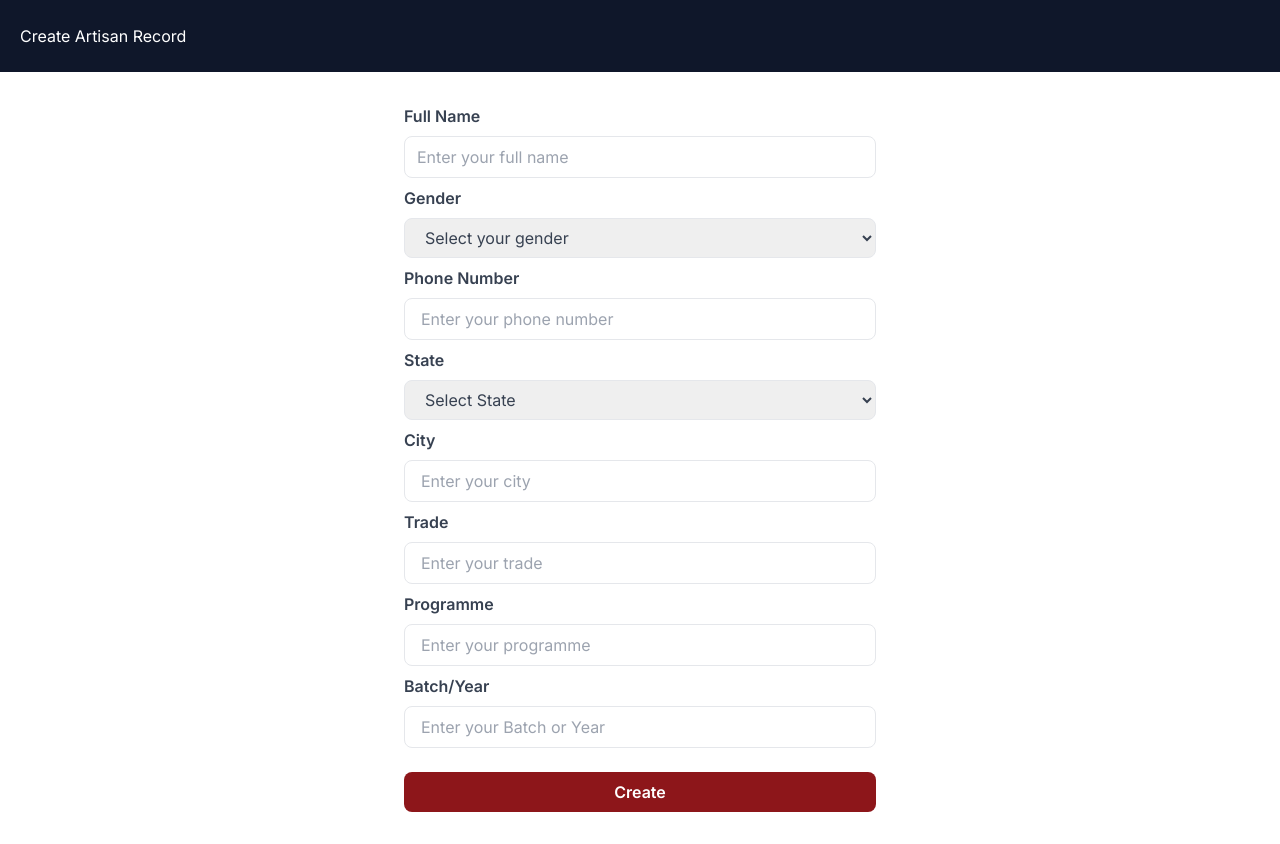
Repository: marcusdashe/artisanindex_frontend
Page: /components/CreateArtisan
An editor plug-in stored every save of this project. The page is shown before and after the next save, followed by the edit.
The browser window is 1280 px wide. The pictures show the whole page.
The project was rebuilt for these pictures with package versions that can differ from the ones it lists, and the page was loaded fresh each time. The framework's server and built-in components were replaced by stand-ins that run in the browser. Also part of the build but not shown: next.config.js.

Above is the page before, as saved 2023-03-12 09:31:00.

After the next save:
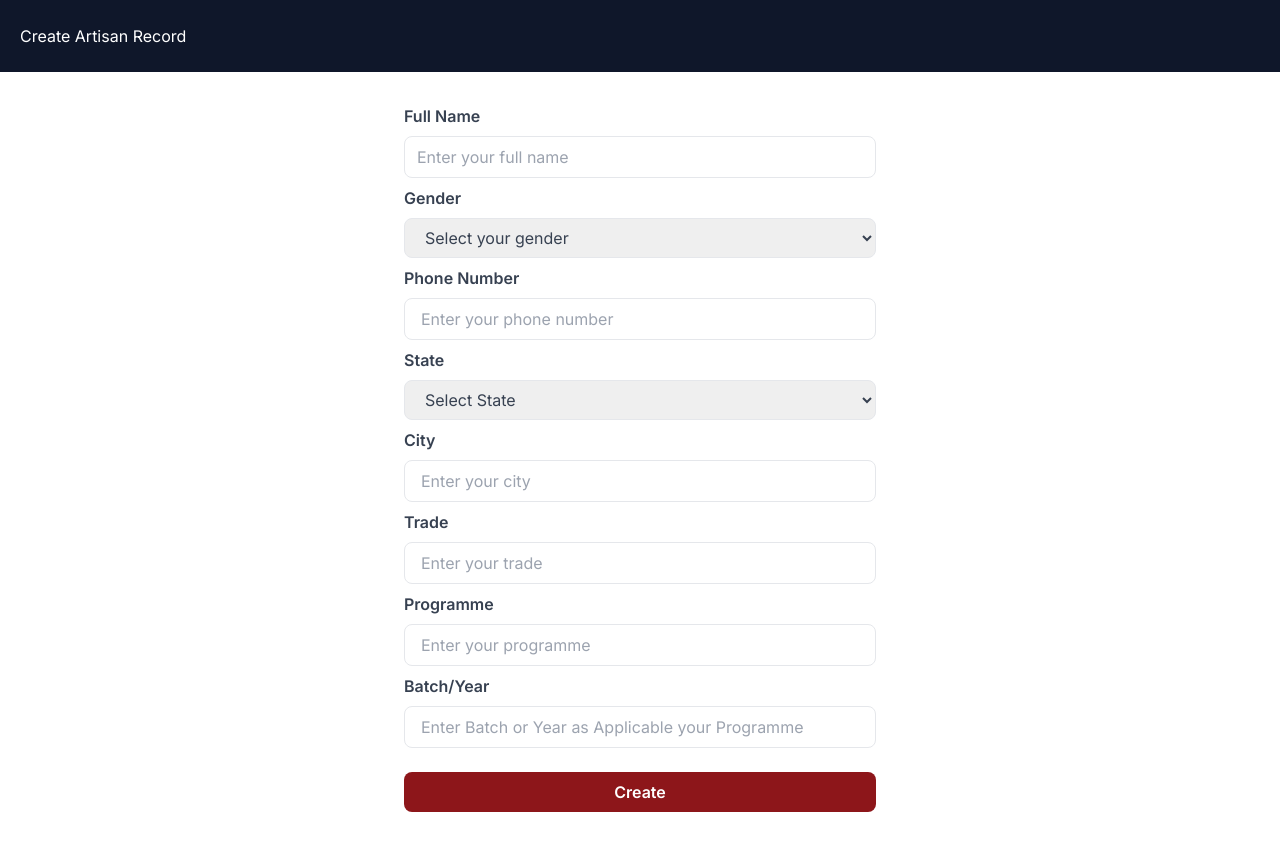
Saved 89 s later.
--- a/pages/components/CreateArtisan.js
+++ b/pages/components/CreateArtisan.js
@@ -188,7 +188,7 @@ function ViewArtisanDataScreen() {
               name="batchYear"
               value={formData.batchYear}
               onChange={handleInputChange}
-              placeholder="Enter your Batch or Year"
+              placeholder="Enter Batch or Year as Applicable your Programme"
               className="px-4 py-2 border rounded-lg text-gray-700 focus:outline-none focus:border-[#4a3e3e] focus:shadow-outline-blue"
               required
             />
